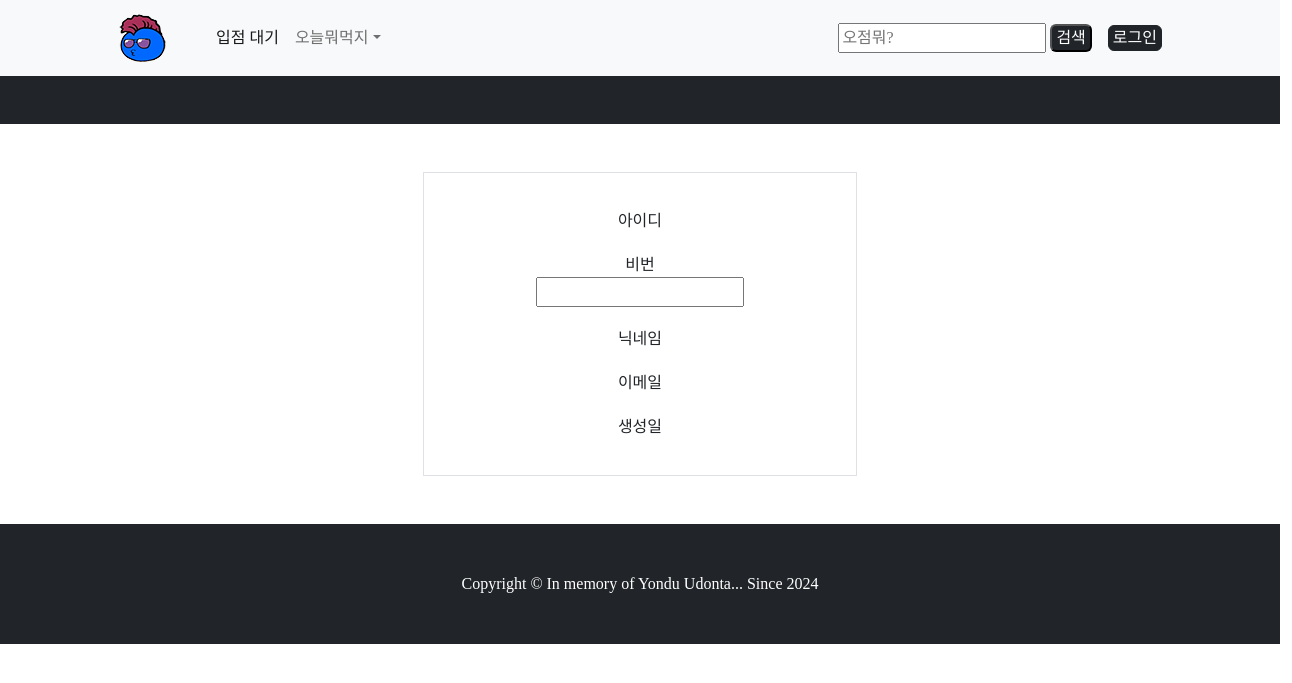
Repository: ashwan94/ydzone
Page: http://localhost/YonduZone/user/view
The author's editor kept a copy of each file at every save. The page is drawn from the files as they stood at one save, then again after the next save.
The browser window is 1280 px wide. The page is 1292 px wide, so the pictures cover 1292 px, including what lies to the right of the window. The pictures show the whole page.
Some web fonts or font styles are not loaded; a fallback is used. The page is served by Tomcat 9. Other server files are loaded and not shown.

Above is the page before, as saved 2024-04-28 11:37:06.

### YonduZone/src/main/webapp/WEB-INF/views/user/view.jsp
<%@ page language="java" contentType="text/html; charset=UTF-8"
	pageEncoding="UTF-8"%>
<%@ taglib prefix="c" uri="http://java.sun.com/jsp/jstl/core"%>
<jsp:include page="/WEB-INF/views/common/header.jsp">
	<jsp:param value="마이페이지" name="title" />
</jsp:include>
<style>
	.userInfo div{
		margin:20px;
	}
</style>

<c:set var="user" value="${userInfo }" />
<div class="row my-5">
	<div class="col-4"></div>
	<div class="col-4 text-center border p-3 userInfo">
		<div>아이디 <br> ${user.id }</div>
		<div>
			비번 <br> <input type="password" value="${user.pw }" readonly>
		</div>
		<div>닉네임 <br> ${user.nickname }</div>
		<div>이메일 <br> ${user.email }</div>
		<div>생성일 <br> ${user.createDate }</div>
		<div class="col-4"></div>
	</div>
</div>
<jsp:include page="/WEB-INF/views/common/footer.jsp" />

### YonduZone/src/main/webapp/WEB-INF/views/common/header.jsp
<%@ page language="java" contentType="text/html; charset=UTF-8"
	pageEncoding="UTF-8"%>
<%@ taglib prefix="c" uri="http://java.sun.com/jsp/jstl/core"%>
<!DOCTYPE html>
<html lang="en">
<head>
<meta charset="UTF-8">
<meta name="viewport"
	content="width=device-width, initial-scale=1, shrink-to-fit=no" />
<meta name="description" content="" />
<meta name="author" content="" />
<!-- Favicon-->
<link rel="icon" type="image/x-icon" href="assets/favicon.ico" />
<!-- Bootstrap icons-->
<link
	href="https://cdn.jsdelivr.net/npm/bootstrap-icons@1.5.0/font/bootstrap-icons.css"
	rel="stylesheet" />
<!-- Core theme CSS (includes Bootstrap)-->
<link href="/Bootstrap/css/styles.css" rel="stylesheet" />
<title>${param.title }</title>
<style>
	a{
		text-decoration:none;
		color:black;
	}
	a:hover{
		color:rgb(57, 151, 255);
	}

	@font-face {
    font-family: 'SUIT-Regular';
    src: url('https://cdn.jsdelivr.net/gh/projectnoonnu/noonfonts_suit@1.0/SUIT-Regular.woff2') format('woff2');
    font-weight: normal;
    font-style: normal;
	}

	* {
		font-family: 'SUIT-Regular';
	}
</style>

</head>
<body>
	<header>
		<nav class="navbar navbar-expand-lg navbar-light bg-light">
			<div class="container px-4 px-lg-5">
				<a class="navbar-brand" href="/main"><img src="${pageContext.request.contextPath }/Source/header/logo/main_logo.png" alt="Welcome to YouduZone!"></a>
				<button class="navbar-toggler" type="button" data-bs-toggle="collapse" data-bs-target="#navbarSupportedContent" aria-controls="navbarSupportedContent" aria-expanded="false" aria-label="Toggle navigation">
					<span class="navbar-toggler-icon"></span>
				</button>
				<div class="collapse navbar-collapse" id="navbarSupportedContent">
					<ul class="navbar-nav me-auto mb-2 mb-lg-0 ms-lg-4">
						<li class="nav-item">
							<a class="nav-link active" aria-current="page" href="/restaurant/stanby?userNo=${sessionScope.user.no }" data-value="${sessionScope.user.no }" id="stanbyRestaurant">입점 대기</a>
						</li>
						<li class="nav-item dropdown">
                            <a class="nav-link dropdown-toggle" id="navbarDropdown" href="#" role="button" data-bs-toggle="dropdown" aria-expanded="false">오늘뭐먹지</a>
                            <ul class="dropdown-menu text-center" aria-labelledby="navbarDropdown">
                                <li><a class="dropdown-item" href="/restaurant/category?category=밥">밥</a></li>
                                <li><a class="dropdown-item" href="/restaurant/category?category=국/찌개">국/찌개</a></li>
                                <li><a class="dropdown-item" href="/restaurant/category?category=면/분식">면/분식</a></li>
                                <li><a class="dropdown-item" href="/restaurant/category?category=야식">야식</a></li>
                            </ul>
                        </li>
					</ul>

					<form action="/restaurant/search" method="get" class="d-flex">
						<label>
							<input type="text" name="searchWord" placeholder="오점뭐?" id="searchBar">
							<button type="submit" class="badge bg-dark text-white fs-6 rounded-25 p-1 fw-normal me-3">검색</button>
						</label>
					</form>
					<c:choose>
						<c:when test="${not empty sessionScope.user }">
							<a href="/restaurant/add" class="badge d-flex bg-dark text-white mx-2 p-1 rounded-25 fs-6 fw-normal">밥집 추가</a>
							<a href="/user/view"><span class="badge bg-dark text-white p-1 rounded-25 fs-6 fw-normal me-2">${sessionScope.user.nickName } 님</span></a>
							<form action="/logout" method="get">
								<button type="submit" class="d-flex badge bg-dark text-white p-1 rounded-25 fs-6 fw-normal">로그아웃</button>
							</form>
						</c:when>
						<c:otherwise>
							<form action="/login" method="get" class="d-flex">
								<button type="submit" class="badge btn btn-outline-dark bg-dark text-white p-1 rounded-25 fs-6 fw-normal">로그인</button>
							</form>
							<input type="hidden" id="loginCheck" value="${empty sessionScope.user }">
						</c:otherwise>
					</c:choose>
				</div>
			</div>
		</nav>
		<div class="container-fluid bg-dark p-3">
			<div class="text-center text-white my-3">
				<h1 class="display-4 fw-bolder">${param.center }</h1>
				<p class="lead fw-normal text-white-50 mb-0">${param.content }</p>
			</div>
		</div>
	</header>

### YonduZone/src/main/webapp/WEB-INF/views/common/footer.jsp
<%@ page language="java" contentType="text/html; charset=UTF-8"
	pageEncoding="UTF-8"%>
<footer class="py-5 bg-dark">
<div class="container">
	<p class="m-0 text-center text-white">Copyright &copy; In memory of Yondu Udonta... Since 2024</p>
</div>
</footer>
<!-- Bootstrap core JS-->
<script src="https://cdn.jsdelivr.net/npm/bootstrap@5.3.3/dist/js/bootstrap.bundle.min.js"></script>
<!-- Core theme JS-->
<script src="/Bootstrap/js/scripts.js"></script>
<script>
	const priceEl = document.querySelectorAll(".price");

	priceEl.forEach(el => {
		if(el == null) {
			console.log("There are no any price elements");
		} else{
			el.innerText = parseInt(el.innerText).toLocaleString() + "원";
		}
	})

	/* const searchBar = document.querySelector("#searchBar");
	searchBar.select(); */

	const loginCheck = document.querySelector("#loginCheck");
	const stanbyRestaurant = document.querySelector("#stanbyRestaurant");

	stanbyRestaurant.addEventListener("click", function(e) {
		e.preventDefault();

		if(loginCheck) {
			alert("로그인 이후 이용 가능합니다.");
			location.href = "/login";
		}else{
			location.href = "/restaurant/stanby?userNo=" + stanbyRestaurant.getAttribute("data-value");
		}
	})
</script>
</body>
</html>

### YonduZone/src/main/java/user/ViewServlet.java
package user;

import java.io.IOException;
import javax.servlet.ServletException;
import javax.servlet.annotation.WebServlet;
import javax.servlet.http.HttpServlet;
import javax.servlet.http.HttpServletRequest;
import javax.servlet.http.HttpServletResponse;
import javax.servlet.http.HttpSession;

@WebServlet("/user/view")
public class ViewServlet extends HttpServlet {

	protected void doGet(HttpServletRequest request, HttpServletResponse response) throws ServletException, IOException {
		HttpSession session = request.getSession();
		UserVO vo = (UserVO)session.getAttribute("user");

		request.setAttribute("userInfo", vo);
		request.getRequestDispatcher("/WEB-INF/views/user/view.jsp").forward(request, response);
	}
}

Loaded but not shown: YonduZone/src/main/webapp/Bootstrap/css/styles.css (library); YonduZone/src/main/webapp/Bootstrap/js/scripts.js (common file)

After the next save:
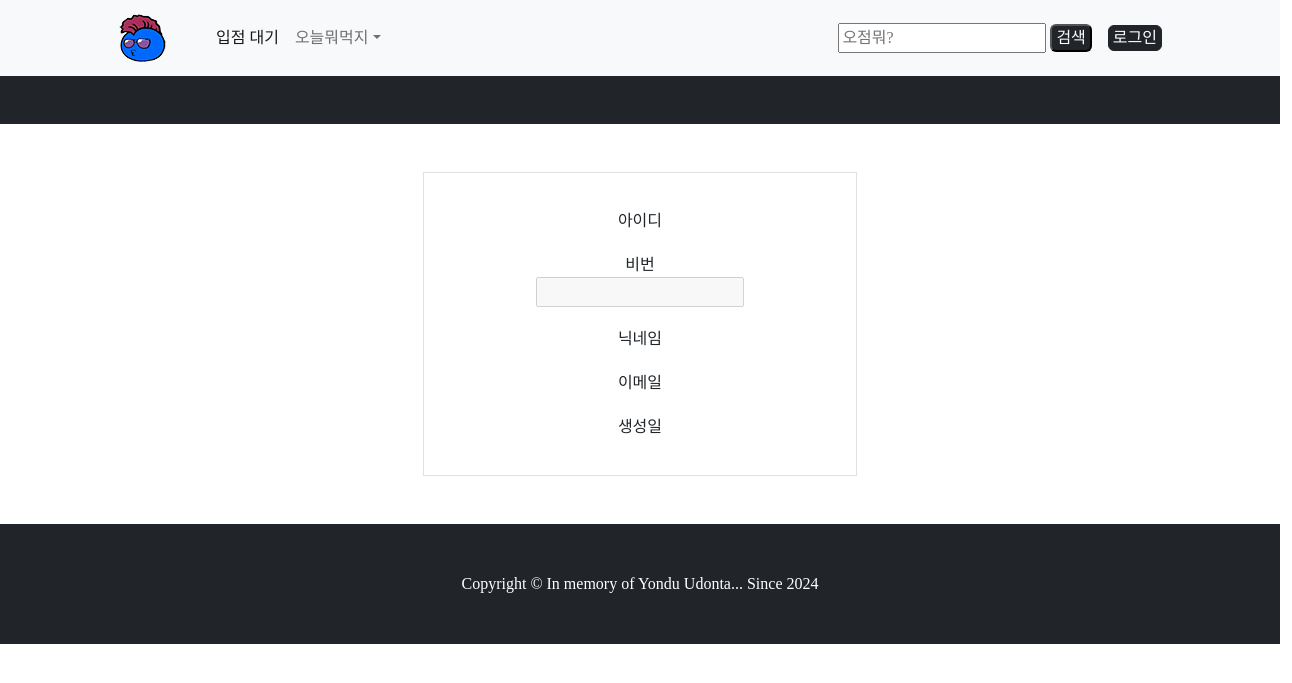
Saved 5 s later.
--- a/YonduZone/src/main/webapp/WEB-INF/views/user/view.jsp
+++ b/YonduZone/src/main/webapp/WEB-INF/views/user/view.jsp
@@ -16,7 +16,7 @@
 	<div class="col-4 text-center border p-3 userInfo">
 		<div>아이디 <br> ${user.id }</div>
 		<div>
-			비번 <br> <input type="password" value="${user.pw }" readonly>
+			비번 <br> <input type="password" value="${user.pw }" readonly disabled>
 		</div>
 		<div>닉네임 <br> ${user.nickname }</div>
 		<div>이메일 <br> ${user.email }</div>
